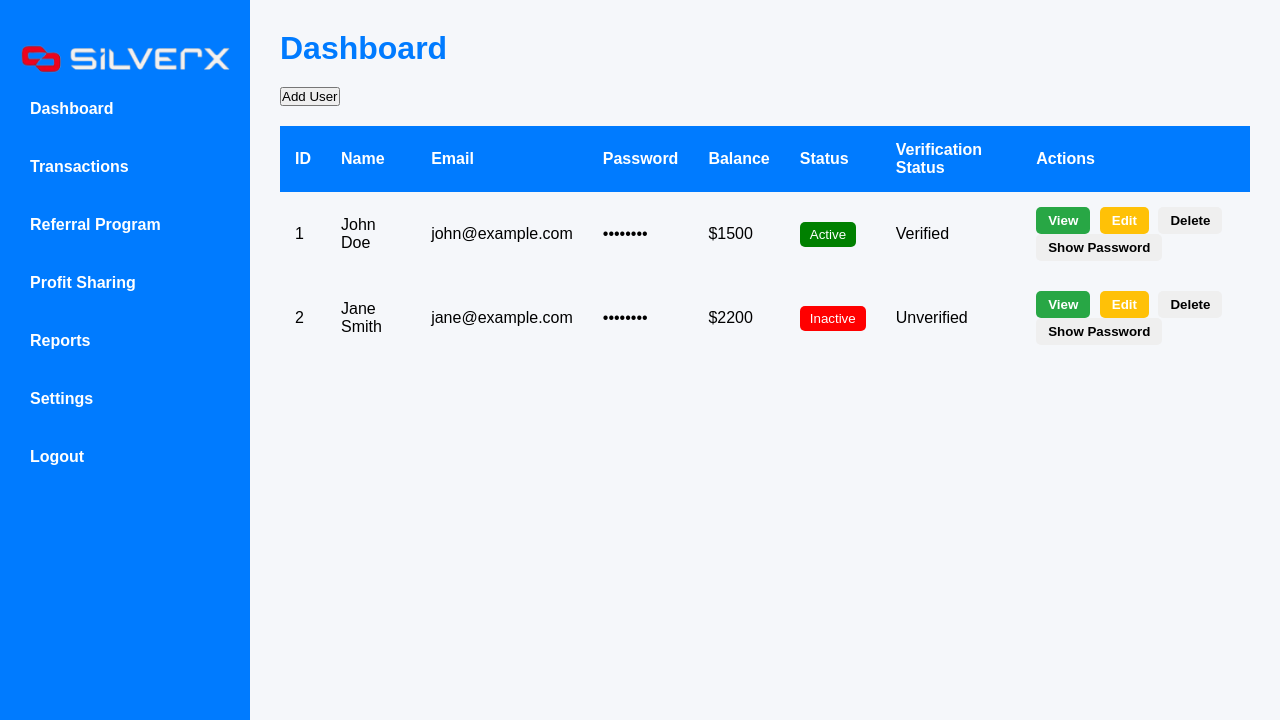
Repository: 2025silverx/slivedrX
Page: index.html
An editor plug-in stored every save of this project. The page is shown before and after the next save, followed by the edit.
The browser window is 1280 px wide. The pictures show the whole page.

Above is the page before, as saved 2025-01-19 13:29:12.

After the next save:
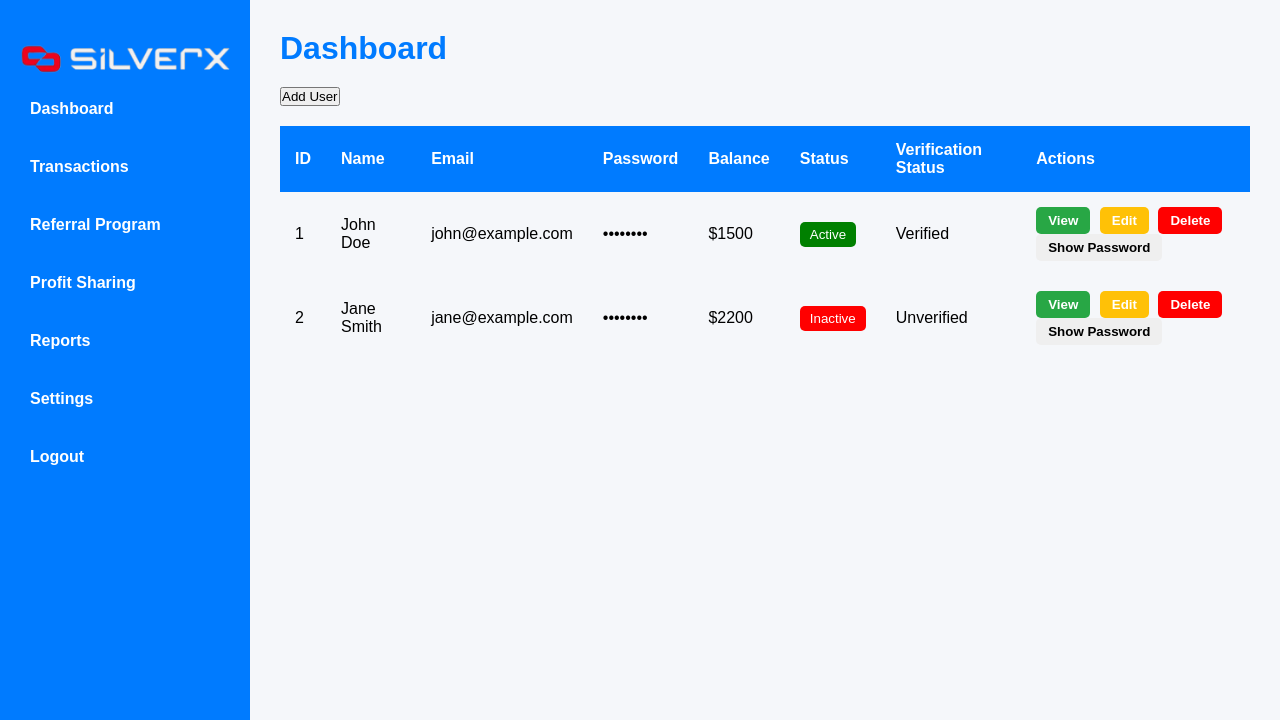
Saved 93 s later.
--- a/index.html
+++ b/index.html
@@ -21,11 +21,52 @@
         .status-btn.inactive {
             background-color: red;
         }
+
+        /* Red color for delete button */
+        .action-btn.delete {
+            background-color: red;
+            color: white;
+            border: none;
+            border-radius: 5px;
+            cursor: pointer;
+        }
+
+        .action-btn.delete:hover {
+            background-color: darkred;
+        }
+
+        .edit-form {
+            display: none;
+            margin-top: 20px;
+            padding: 20px;
+            border: 1px solid #ccc;
+            border-radius: 5px;
+        }
+
+        .edit-form input {
+            margin-bottom: 10px;
+            padding: 8px;
+            width: 100%;
+            border: 1px solid #ccc;
+            border-radius: 5px;
+        }
+
+        .edit-form button {
+            padding: 8px 15px;
+            background-color: blue;
+            color: white;
+            border: none;
+            border-radius: 5px;
+            cursor: pointer;
+        }
+
+        .edit-form button:hover {
+            background-color: darkblue;
+        }
     </style>
 </head>
 
 <body>
-
     <div id="sidebar-container">
         <div class="sidebar">
             <img src="images/logo.png" alt="Sidebar Logo" class="sidebar-logo">
@@ -91,6 +132,18 @@
                 <!-- Additional rows can be dynamically added here -->
             </tbody>
         </table>
+
+        <!-- Edit User Form -->
+        <div id="edit-form-container" class="edit-form">
+            <h2>Edit User</h2>
+            <form id="edit-form">
+                <input type="text" id="edit-name" placeholder="Name" required>
+                <input type="email" id="edit-email" placeholder="Email" required>
+                <input type="password" id="edit-password" placeholder="Password" required>
+                <input type="number" id="edit-balance" placeholder="Balance" required>
+                <button type="submit">Save Changes</button>
+            </form>
+        </div>
     </div>
 
     <script>
@@ -104,7 +157,20 @@
         }
 
         function editUser(id) {
-            alert(`Editing details for User ID: ${id}`);
+            // Open the edit form and populate it with user data
+            const name = document.getElementById('edit-name');
+            const email = document.getElementById('edit-email');
+            const password = document.getElementById('edit-password');
+            const balance = document.getElementById('edit-balance');
+
+            // For simplicity, let's assume data is fetched here
+            name.value = `User ${id}`;
+            email.value = `user${id}@example.com`;
+            password.value = '••••••••'; // Add a mechanism to retrieve the actual password
+            balance.value = 1500;
+
+            // Show the form
+            document.getElementById('edit-form-container').style.display = 'block';
         }
 
         function deleteUser(id) {
@@ -136,6 +202,13 @@
                 button.textContent = 'Show Password';
             }
         }
+
+        // Optional: Submit form handler
+        document.getElementById('edit-form').addEventListener('submit', function (event) {
+            event.preventDefault();
+            alert('Changes saved!');
+            document.getElementById('edit-form-container').style.display = 'none';
+        });
     </script>
 </body>
 </html>
